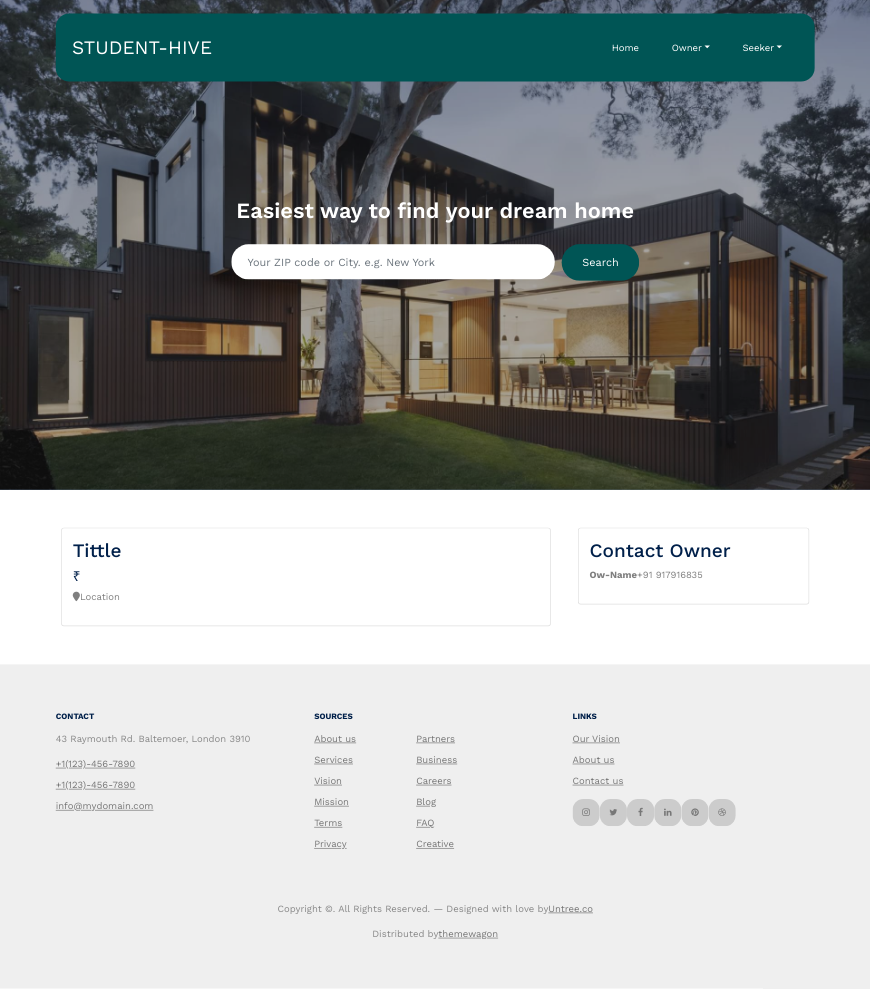
Repository: Farhan0021/Rentalproject
Page: /details (app in front/)
These files come from the project's save history. The page is drawn as it stood at one moment and after the next save; the edit follows.
The browser window is 1280 px wide. The pictures show the whole page, at 68% of full size.
The project was rebuilt for these pictures with package versions that can differ from the ones it lists, and the page was loaded fresh each time. Also part of the build but not shown: front/vite.config.js, front/src/pages/Home.jsx, front/src/pages/seekers/Login.jsx, front/src/schema/SeekerSignupSchema.jsx, front/src/pages/seekers/Signup.jsx, front/src/pages/owner/Login.jsx, front/src/schema/OwnerSignupSchema.jsx, front/src/pages/owner/Signup.jsx.

Above is the page before, as saved 2025-04-30 23:40:07.
Console error: TypeError: Cannot read properties of null (reading 'style')

After the next save:
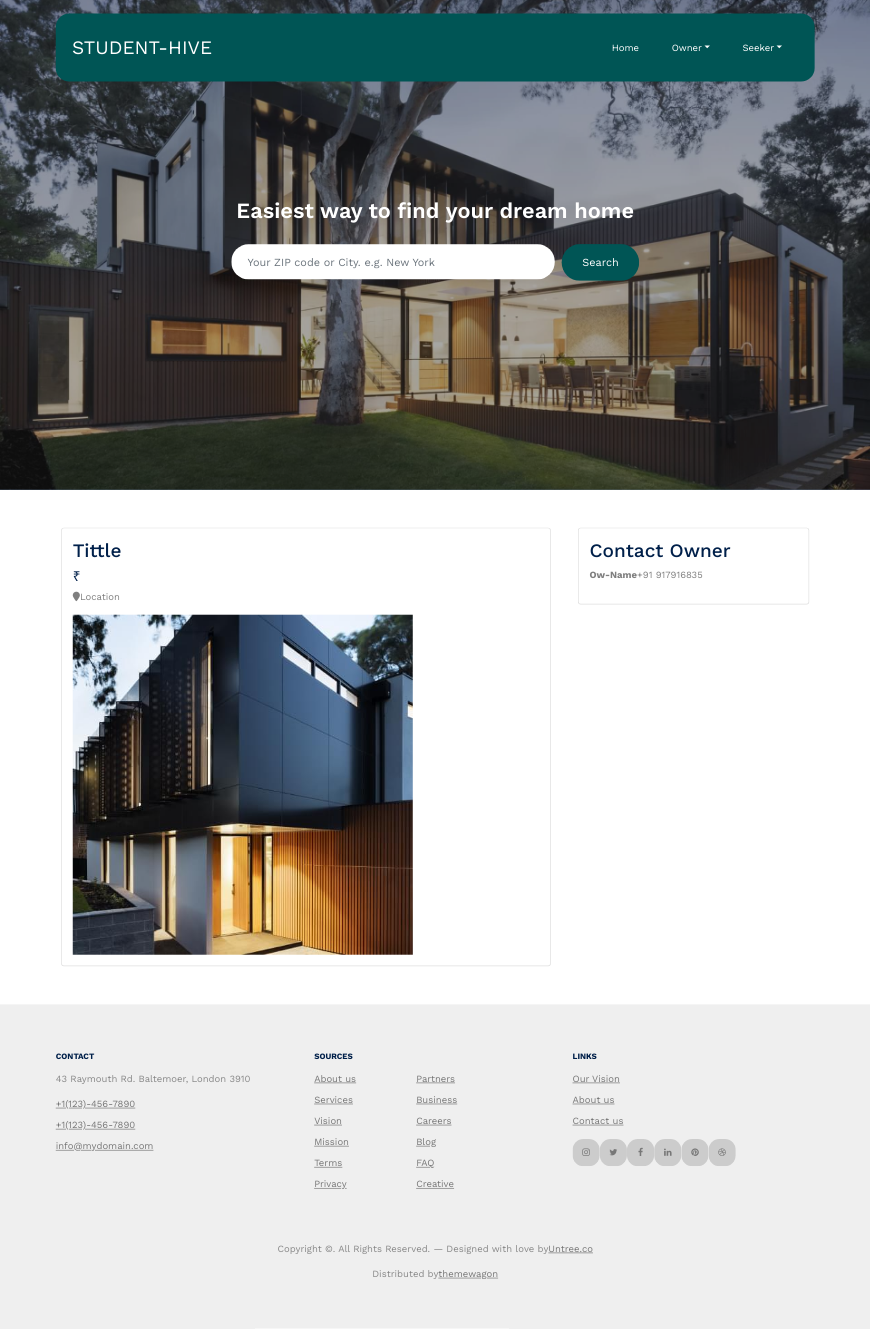
Saved 4 min 8 s later.
--- a/front/src/pages/Details.jsx
+++ b/front/src/pages/Details.jsx
@@ -10,6 +10,10 @@ const Details = () => {
                        <h5>&#8377;</h5>
                        <p> <i class="fa fa-map-marker" aria-hidden="true"></i>
                        Location</p>
+                       <div className="col-md-5">
+                        <img src='assets/images/img_7.jpg'/>
+                       </div>
+                       <div className="col-md-7"></div>
 
                     </div>
                 </div>
